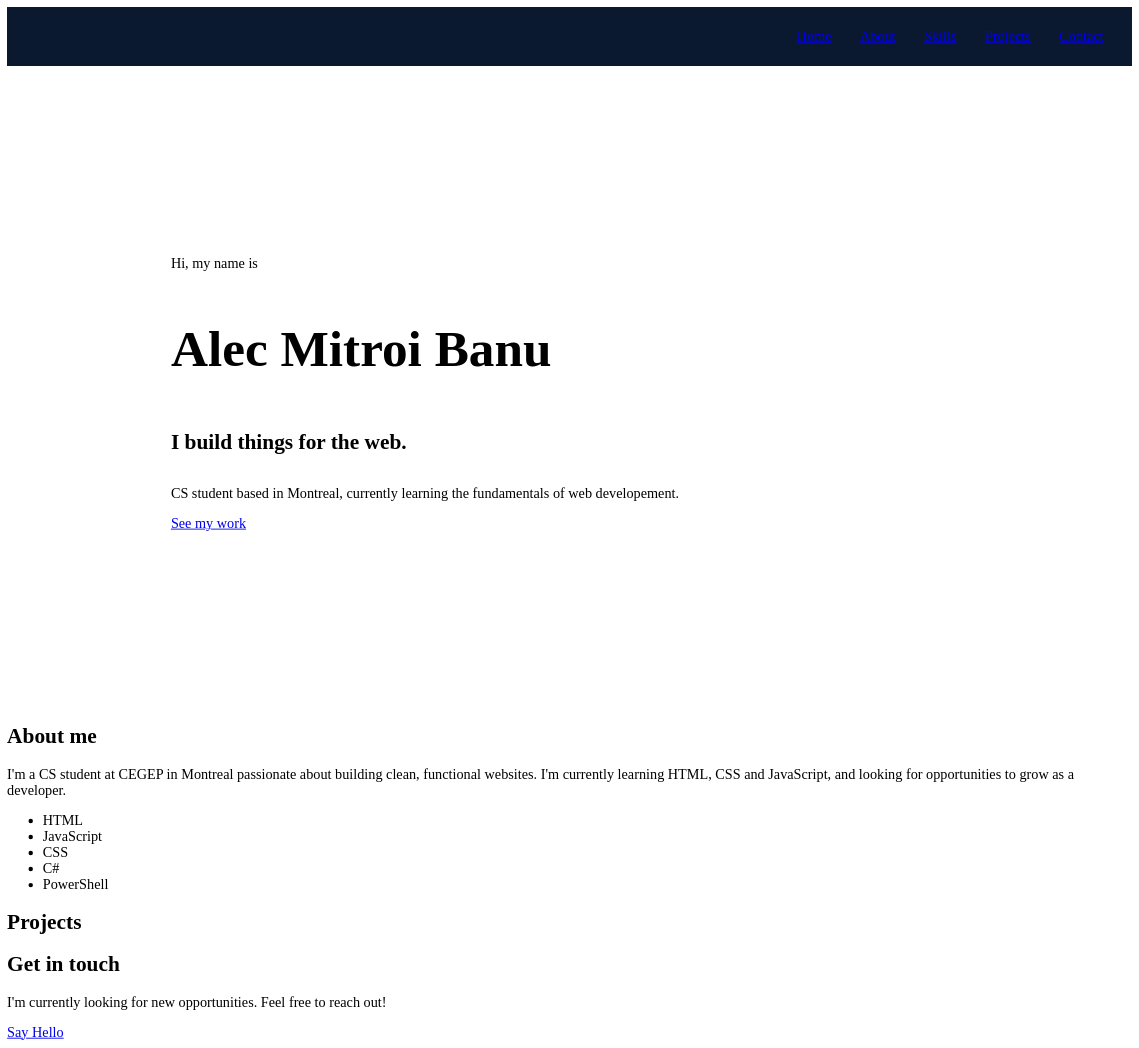
Repository: Alec-Banu/Alec-Banu
Page: index.html
The author's editor kept a copy of each file at every save. The page is drawn from the files as they stood at one save, then again after the next save.
The browser window is 1280 px wide. The pictures show the whole page, at 89% of full size.

Above is the page before, as saved 2026-04-22 13:22:55.

After the next save:
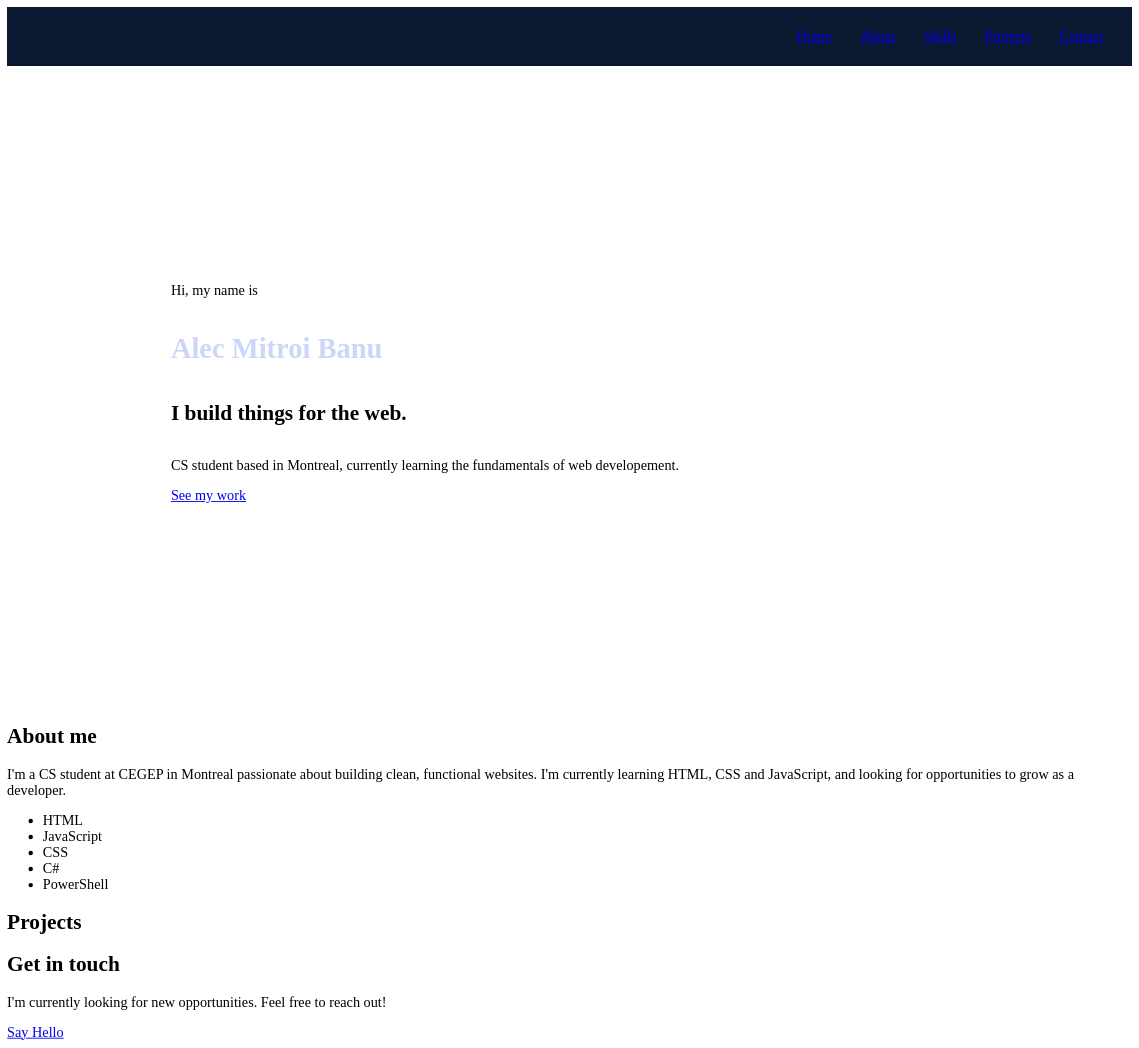
Saved 5 min 10 s later.
--- a/styles/index.css
+++ b/styles/index.css
@@ -19,6 +19,11 @@ nav {
 }
 
 #hero h1 {
-    font-size: clamp(2rem, 8vh, 5rem);
+    font-size: 2rem;
+    color: #ccd6f6;
+}
+
+@media (min-width: 48rem) {
+
 
 }
